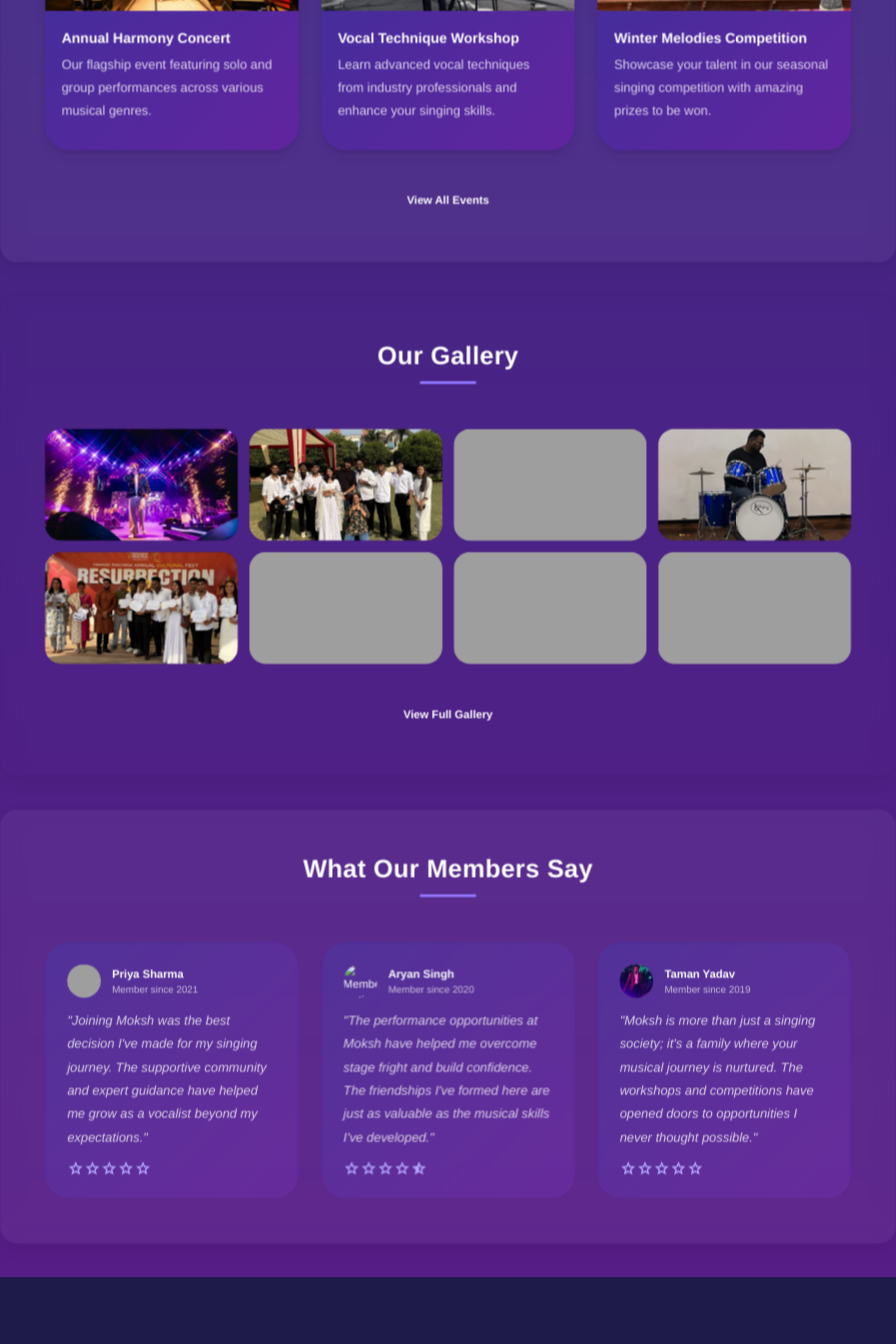
Repository: Aman-Sharma-Dev01/Clan-Event-Manager-0.1
Page: /moksh-page (app in Frontend/)
The author's editor kept a copy of each file at every save. The page is drawn from the files as they stood at one save, then again after a run of saves.
The browser window is 1280 px wide. The pictures show the part of the page from y = 1499 to 3419 px (the page is 3419 px tall), at 70% of full size.
Pictures or frames that could not be fetched are drawn as grey boxes. The page's requests for data from a server got no answer. The project was rebuilt for these pictures with package versions that can differ from the ones it lists, and the page was loaded fresh each time. No one was signed in, and anything a server would have sent is missing. Also part of the build but not shown: Frontend/vite.config.js, Frontend/src/components/Navbar/Navbar.css, Frontend/src/components/Navbar/Navbar.jsx, Frontend/src/components/Login/Login.jsx, Frontend/src/components/About/About.jsx, Frontend/src/components/Dashboard/Dashboard.jsx, Frontend/src/components/HeroSection/HeroSection.css, Frontend/src/components/HeroSection/HeroSection.jsx and 30 more.

Above is the page before, as saved 2025-07-28 18:44:45.

After the next 2 saves:
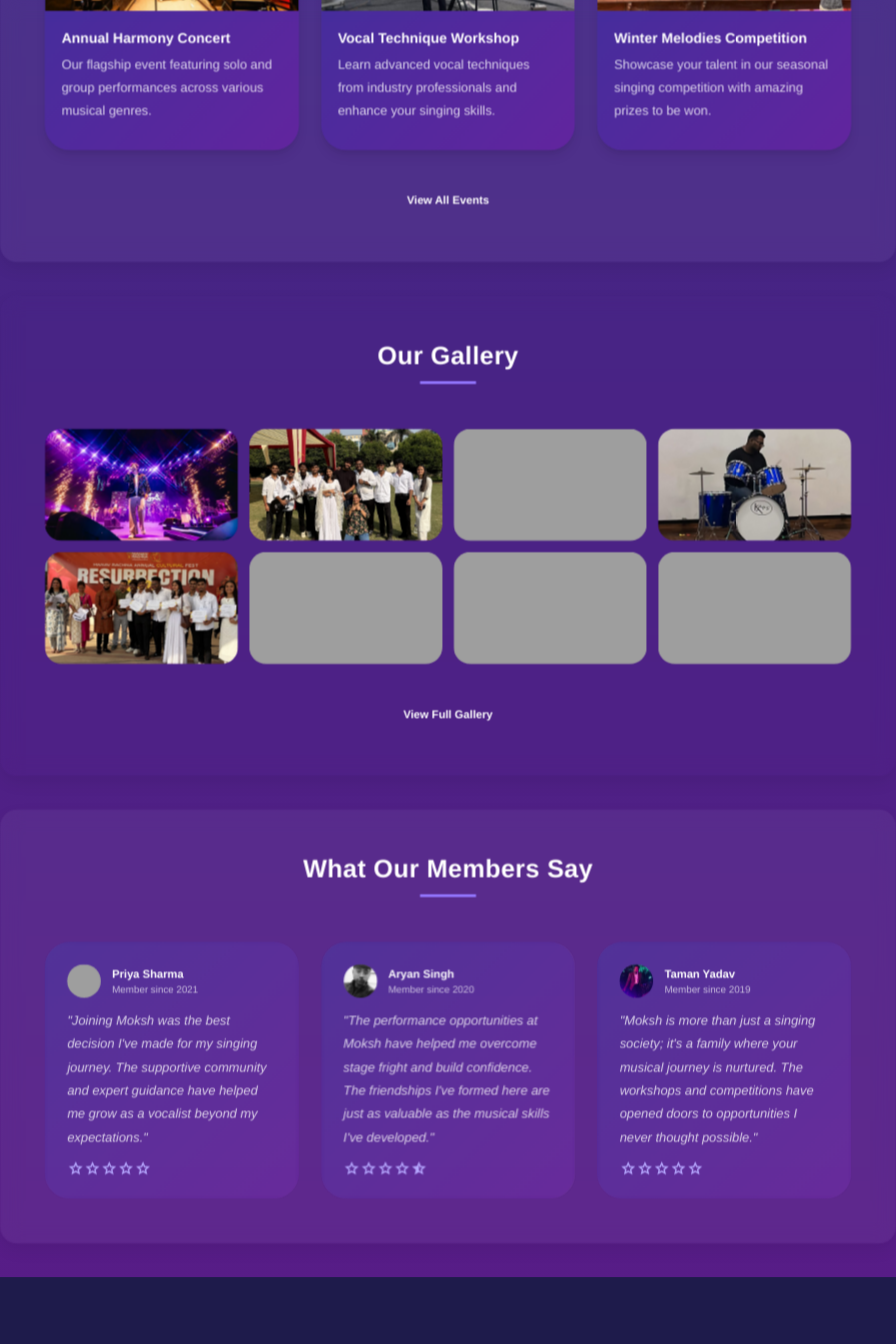
The 2 saves are shown as one change because they came seconds apart.
The last was saved 8 s later.
--- a/Frontend/src/components/Society/Moksh/Moksh.jsx
+++ b/Frontend/src/components/Society/Moksh/Moksh.jsx
@@ -252,7 +252,7 @@ const Moksh= () => {
               <div className="flex items-center mb-4">
                 <div className="w-12 h-12 rounded-full overflow-hidden mr-4">
                   <img
-                    src="/"
+                    src="/Moksh/Aryan.jpg"
                     alt="Member testimonial"
                     className="w-full h-full object-cover"
                     keywords="testimonial, member, person, portrait"
